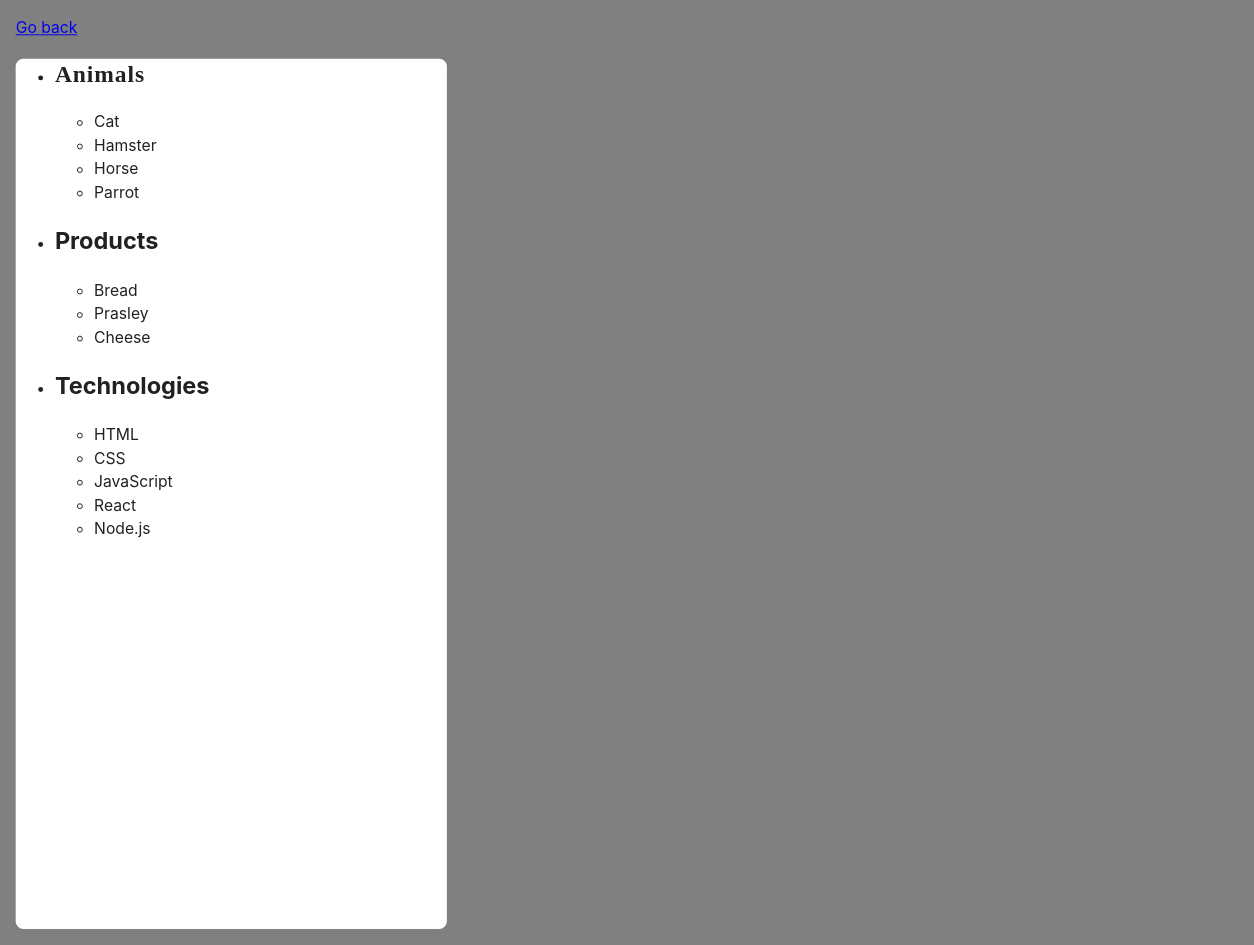
Repository: ViacheslavParfenenko/goit-js-hw-07
Page: task-1.html
These files come from the project's save history. The page is drawn as it stood at one moment and after the next save; the edit follows.
The browser window is 1280 px wide. The pictures show the whole page, at 98% of full size.

Above is the page before, as saved 2024-07-09 17:03:39.

### task-1.html
<!DOCTYPE html>
<html lang="en">
  <head>
    <meta charset="UTF-8" />
    <meta http-equiv="X-UA-Compatible" content="IE=edge" />
    <meta name="viewport" content="width=device-width, initial-scale=1.0" />
    <title>Task 1</title>
    <link rel="stylesheet" href="./css/common.css" />
  </head>
  <body>
    <p><a href="./index.html">Go back</a></p>

    <ul class="list" id="categories">
      <li class="item">
        <h2 class="item-name">Animals</h2>

        <ul>
          <li class="one-item-name">Cat</li>
          <li class="one-item-name">Hamster</li>
          <li class="one-item-name">Horse</li>
          <li class="one-item-name">Parrot</li>
        </ul>
      </li>
      <li class="item">
        <h2>Products</h2>

        <ul>
          <li>Bread</li>
          <li>Prasley</li>
          <li>Cheese</li>
        </ul>
      </li>
      <li class="item">
        <h2>Technologies</h2>

        <ul>
          <li>HTML</li>
          <li>CSS</li>
          <li>JavaScript</li>
          <li>React</li>
          <li>Node.js</li>
        </ul>
      </li>
    </ul>

    <script src="./js/task-1.js" type="module"></script>
  </body>
</html>

### css/common.css
* {
  box-sizing: border-box;
}

body {
  margin: 16px;
  font-family: -apple-system, BlinkMacSystemFont, 'Segoe UI', Roboto, Oxygen,
    Ubuntu, Cantarell, 'Open Sans', 'Helvetica Neue', sans-serif;
  -webkit-font-smoothing: antialiased;
  -moz-osx-font-smoothing: grayscale;
  background-color: gray;
  color: #212121;
  line-height: 1.5;
}

.list {
  background-color: #fff;
  width: 440px;
  height: 888px;;
  gap: 24px;
  border-radius: 8px 8px 8px 8px;



}

.item {

  flex: auto;
   width: 392;
   height: ;
}

.item-name {

font-family: Montserrat;
font-size: 24px;
font-weight: 600;
line-height: 32px;
letter-spacing: 0.04em;
text-align: left;


}

.one-item-name {


}

### js/task-1.js
const categoriesList = document.getElementById('categories');

const categoriesItems = categoriesList.querySelectorAll('li.item');

console.log(`Number of categories: ${categoriesItems.length}`);

categoriesItems.forEach(category => {
  const categoryTitle = category.querySelector('h2').textContent;
  const categoryItems = category.querySelectorAll('ul li').length;
  console.log(`Category: ${categoryTitle}`);
  console.log(`Elements: ${categoryItems}`);
});

const style = document.createElement('style');
style.textContent = `
  .categories {
    display: flex;
    flex-wrap:;
    gap: 10px;
    list-style: none;
    border: 1px;
    padding: 0;
    margin: 0;
  }
  .item {
    flex: 1 1 calc(33.333% - 10px);
    box-sizing: border-box;
  }

  }
`;

After the next save:
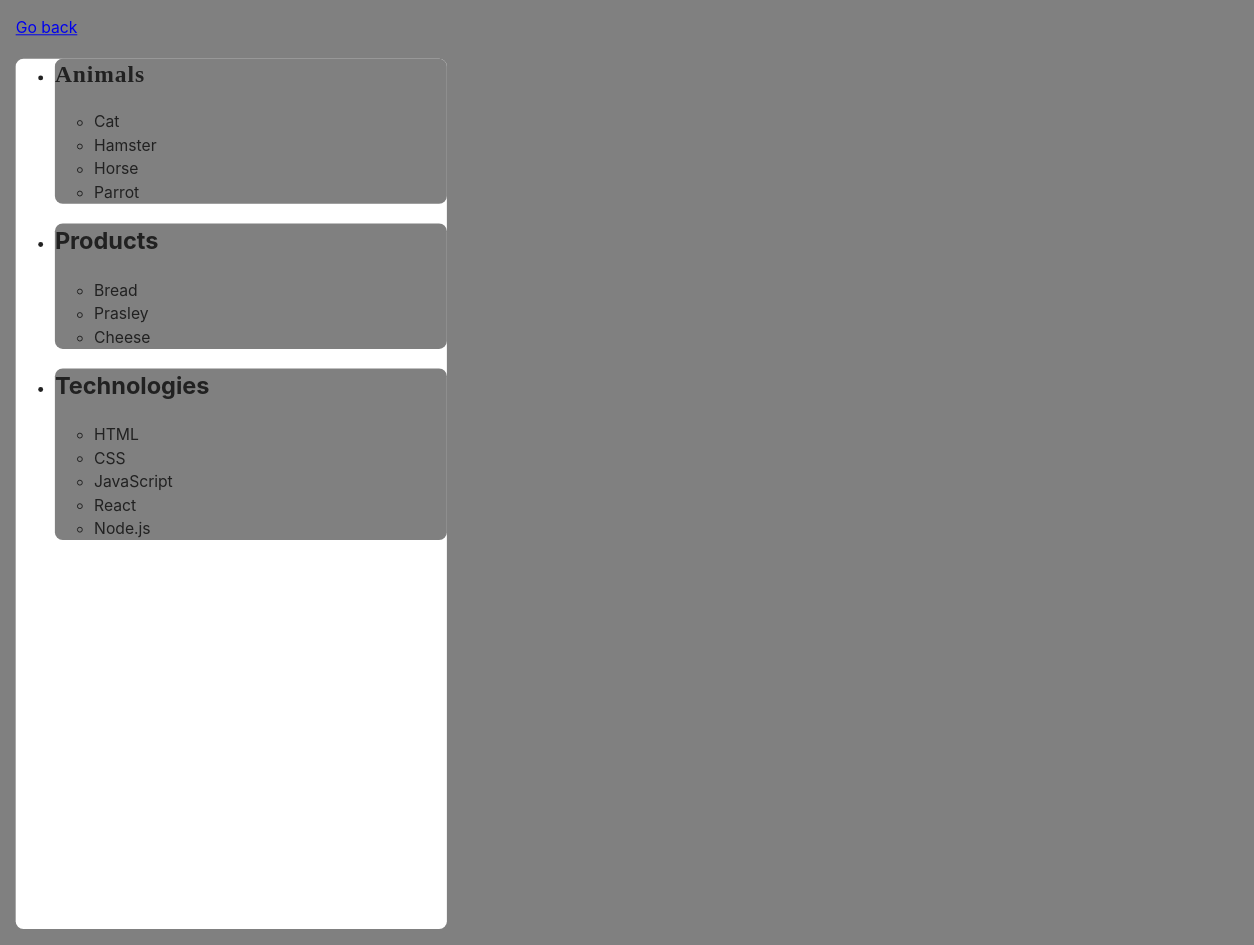
Saved 30 s later.
--- a/css/common.css
+++ b/css/common.css
@@ -27,8 +27,11 @@
 .item {
 
   flex: auto;
+  background-color: gray;
    width: 392;
    height: ;
+   border-radius: 8px 8px 8px 8px;
+
 }
 
 .item-name {

After the save that followed:
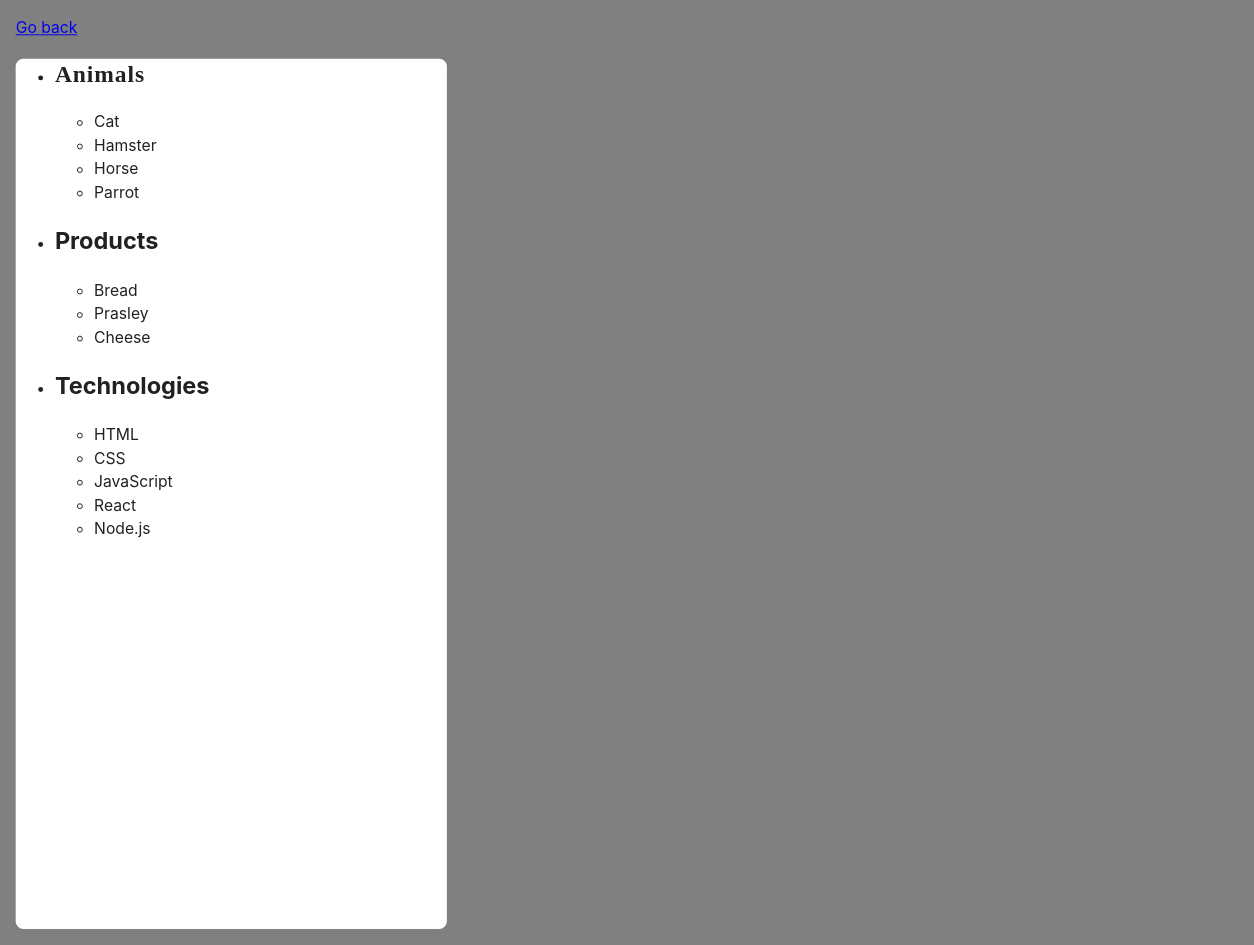
Saved 9 s later.
--- a/css/common.css
+++ b/css/common.css
@@ -27,7 +27,7 @@
 .item {
 
   flex: auto;
-  background-color: gray;
+  background-color: ;
    width: 392;
    height: ;
    border-radius: 8px 8px 8px 8px;
